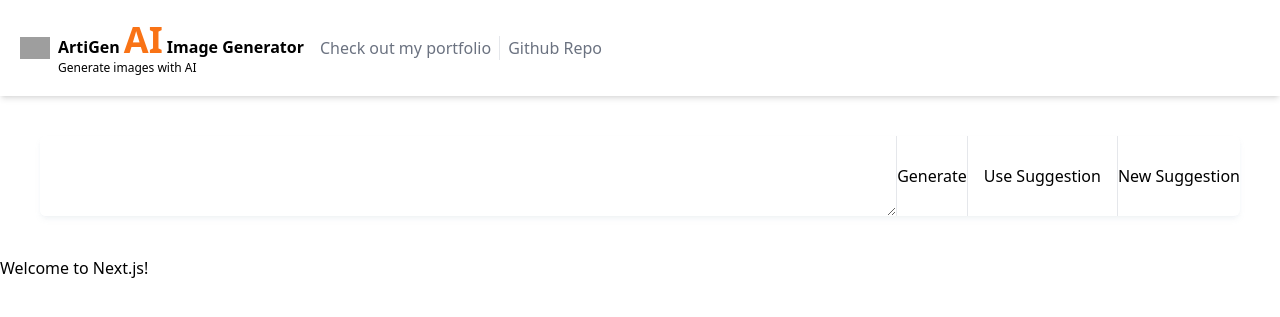
Repository: AlgoHussle/image-generator
Page: /
These files come from the project's save history. The page is drawn as it stood at one moment and after a run of saves; the edit follows.
The browser window is 1280 px wide. The pictures show the whole page.
Pictures or frames that could not be fetched are drawn as grey boxes. The project was rebuilt for these pictures with package versions that can differ from the ones it lists, and the page was loaded fresh each time. The framework's server and built-in components were replaced by stand-ins that run in the browser. Also part of the build but not shown: next.config.js.

Above is the page before, as saved 2023-04-26 13:33:03.

After the next 4 saves:
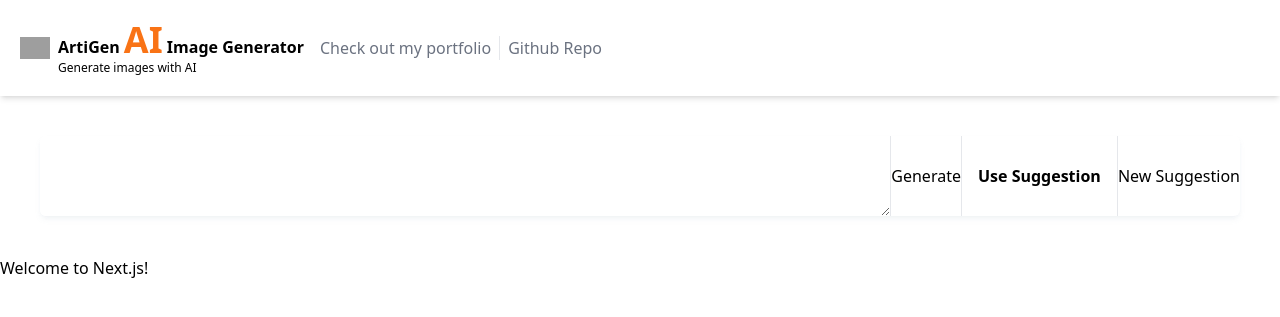
The 4 saves are shown as one change because they came seconds apart.
The last was saved 14 s later.
--- a/components/PromptInput.tsx
+++ b/components/PromptInput.tsx
@@ -10,7 +10,8 @@ function PromptInput() {
                 Generate
             </button>
             <button
-                className="p-4 bg-orange-500text-white transition-colors duration-200"
+                className="p-4 bg-orange-500text-white transition-colors duration-200 font-bold
+                disab  "
                 >
                     Use Suggestion
             </button>
